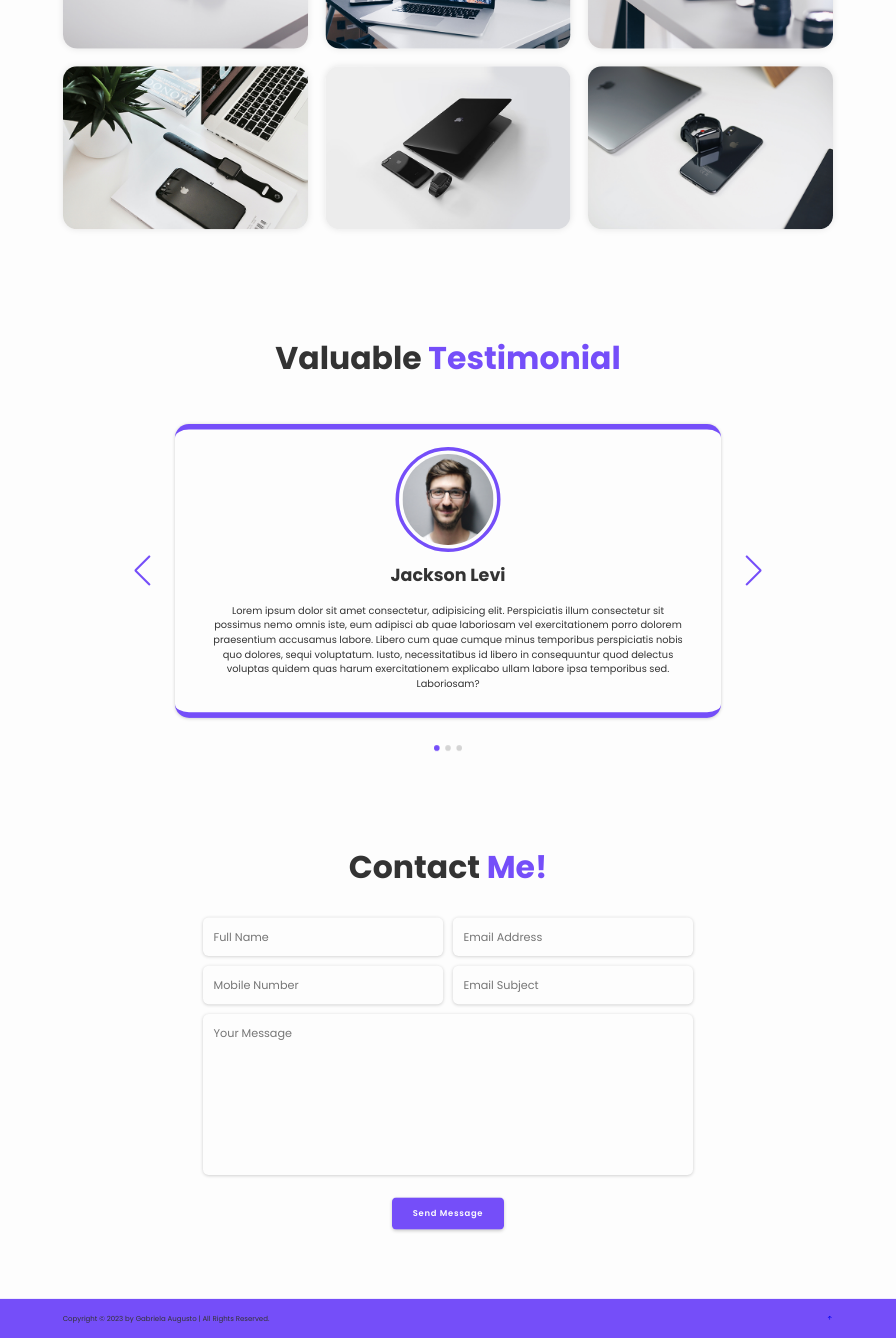
Repository: Gabi-Augusto/Portfolio
Page: index.html
The author's editor kept a copy of each file at every save. The page is drawn from the files as they stood at one save, then again after the next save.
The browser window is 1280 px wide. The pictures show the part of the page from y = 2482 to 4402 px (the page is 4393 px tall before and 4402 px after), at 70% of full size.

Above is the page before, as saved 2023-11-29 21:14:31.

After the next save:
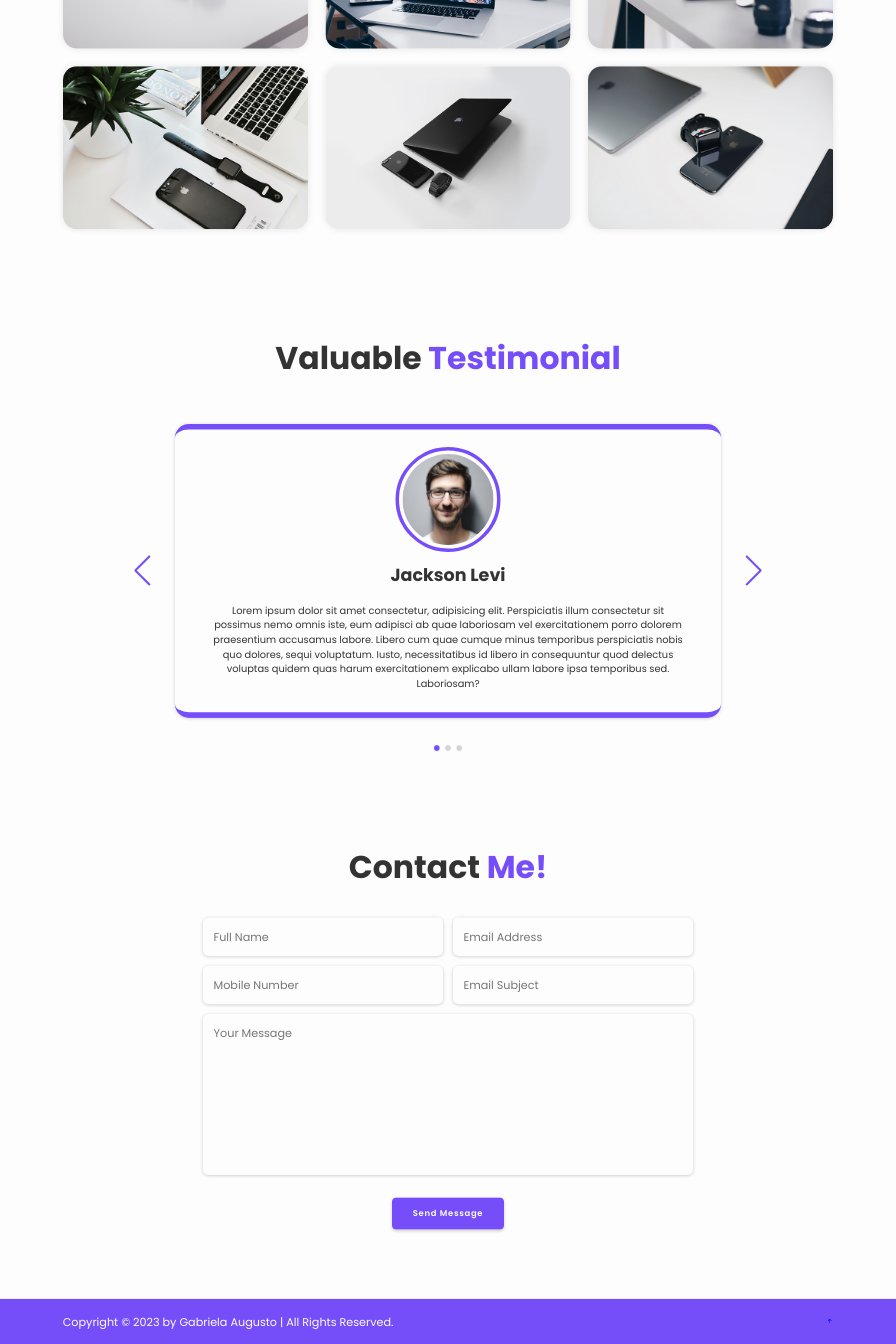
Saved 70 s later.
--- a/css/style.css
+++ b/css/style.css
@@ -539,3 +539,8 @@ span {
     padding: 2rem 7%;
     background: var(--main-color);
 }
+
+.footer-text p {
+    font-size: 1.6rem;
+    color: var(--white-color);
+}
